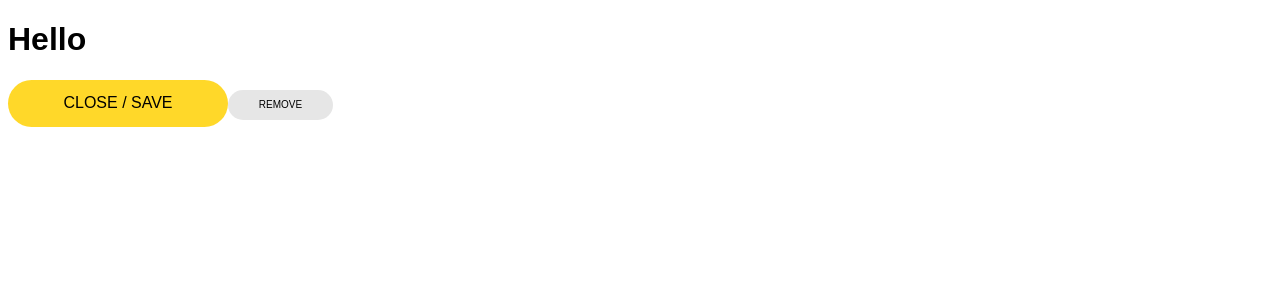
Repository: hanss007/fav-note
Page: /
The author's editor kept a copy of each file at every save. The page is drawn from the files as they stood at one save, then again after the next save.
The browser window is 1280 px wide. The pictures show the whole page.
The project was rebuilt for these pictures with package versions that can differ from the ones it lists, and the page was loaded fresh each time.

Above is the page before, as saved 2020-11-19 10:47:52.

### src/index.js
import React from 'react';
import ReactDOM from 'react-dom';
import Root from 'view/Root/Root';

ReactDOM.render(<Root />, document.getElementById('root'));

### src/view/Root/Root.js
import React from 'react';
import { ThemeProvider } from 'styled-components';
import Button from 'components/atoms/Button/Button';
import GlobalStyle from 'theme/GlobalStyle';
import { theme } from 'theme/mainTheme';

const Root = () => (
  <div>
    <GlobalStyle />
    <ThemeProvider theme={theme}>
      <>
        <h1>Hello</h1>
        <Button>Close / Save</Button>
        <Button secondary>Remove</Button>
      </>
    </ThemeProvider>
  </div>
);

export default Root;

### src/components/atoms/Button/Button.js
import styled, { css } from 'styled-components';

const Button = styled.button`
  padding: 0;
  background-color: ${({ theme }) => theme.primary};
  width: 220px;
  height: 47px;
  border: none;
  border-radius: 50px;
  font-family: 'Montserrat', sans-serif;
  font-weight: 500;
  font-size: 16px;
  text-transform: uppercase;
  ${({ secondary }) =>
    secondary &&
    css`
      background-color: #e6e6e6;
      width: 105px;
      height: 30px;
      font-size: 10px;
    `}
`;

export default Button;

/* background-color: ${({ color }) => color || 'hsl(49, 100%, 58%)'}; */

### src/theme/GlobalStyle.js
import { createGlobalStyle } from 'styled-components';

const GlobalStyle = createGlobalStyle`

@import url('https://fonts.googleapis.com/css2?family=Montserrat:wght@300;500;600&display=swap');

*,*::before,*::after {
    box-sizing:border-box;
    -webkit-font-smoothing: antialiased;
    -moz-osx-font-smoothing: grayscale;
}
html {
    font-size: 62.5%;  // 1rem === 10px tzw happy rems
}

body {
    font-size: 1.6rem;
    font-family: "Montserrat", sans-serif;
}

`;

export default GlobalStyle;

### src/theme/mainTheme.js
export const theme = {
  primary: 'hsl(49, 100%, 58%)',
  secondary: 'hsl(196, 83%, 75%)',
  tertiary: 'hsl(106, 47%, 64%)',
  gray100: 'hsl(0, 0%, 96%)',
  gray200: 'hsl(0, 0%, 90%)',
  black: 'hsl(0, 0%, 0%)',
  light: 300,
  bold: 600,
};

Loaded but not shown: public/index.html (common file)

After the next save:
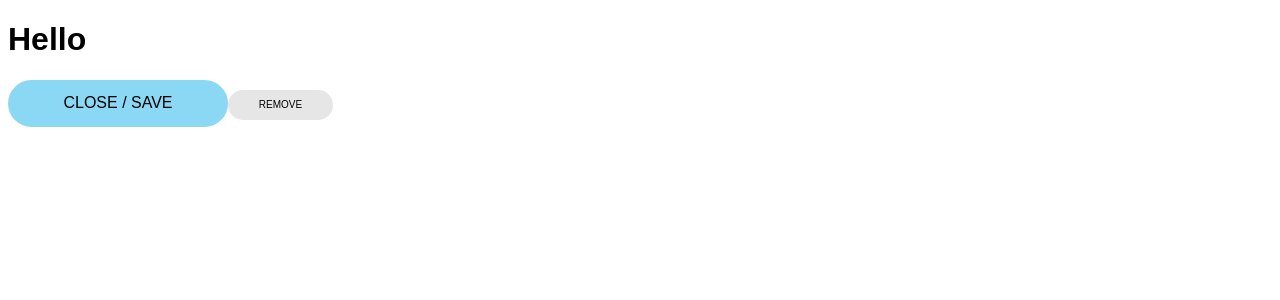
Saved 36 s later.
--- a/src/components/atoms/Button/Button.js
+++ b/src/components/atoms/Button/Button.js
@@ -2,7 +2,7 @@ import styled, { css } from 'styled-components';
 
 const Button = styled.button`
   padding: 0;
-  background-color: ${({ theme }) => theme.primary};
+  background-color: ${({ theme }) => theme.secondary};
   width: 220px;
   height: 47px;
   border: none;
